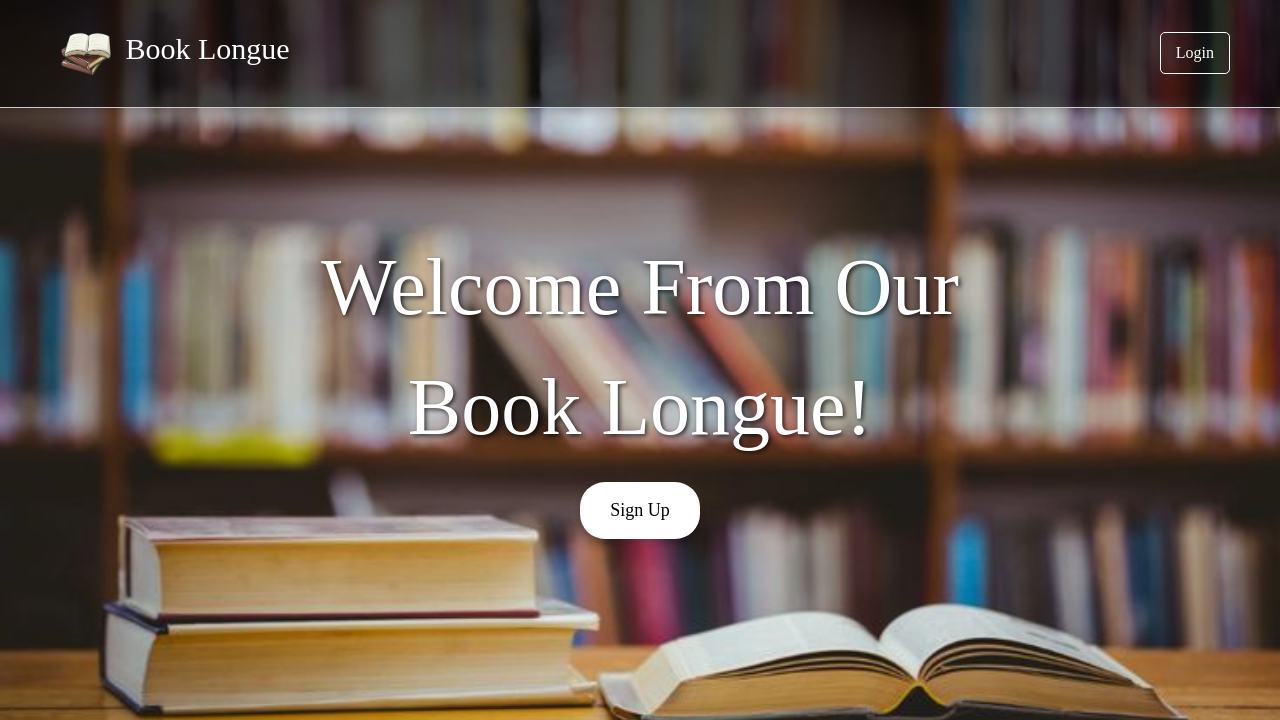
Repository: moehaymanmyint/Book-Longue-Web-System
Page: pages/GetStarted.html
These files come from the project's save history. The page is drawn as it stood at one moment and after the next save; the edit follows.
The browser window is 1280 px wide. The pictures show the whole page.
Some web fonts or font styles are not loaded; a fallback is used.

Above is the page before, as saved 2024-12-30 12:03:34.

### pages/GetStarted.html
<!DOCTYPE html>
<html lang="en">
<head>
    <meta charset="UTF-8">
    <meta name="viewport" content="width=device-width, initial-scale=1.0">
    <title>Book Longue - Get Started</title>
    <link href="https://cdn.jsdelivr.net/npm/bootstrap@5.3.3/dist/css/bootstrap.min.css" rel="stylesheet" integrity="sha384-QWTKZyjpPEjISv5WaRU9OFeRpok6YctnYmDr5pNlyT2bRjXh0JMhjY6hW+ALEwIH" crossorigin="anonymous">
    <script src="https://cdn.jsdelivr.net/npm/bootstrap@5.3.3/dist/js/bootstrap.bundle.min.js" integrity="sha384-YvpcrYf0tY3lHB60NNkmXc5s9fDVZLESaAA55NDzOxhy9GkcIdslK1eN7N6jIeHz" crossorigin="anonymous"></script>
    <link rel="stylesheet" href="../style/GetStarted.css">
    <link rel="stylesheet" href="https://cdnjs.cloudflare.com/ajax/libs/font-awesome/6.7.2/css/all.min.css" integrity="sha512-Evv84Mr4kqVGRNSgIGL/F/aIDqQb7xQ2vcrdIwxfjThSH8CSR7PBEakCr51Ck+w+/U6swU2Im1vVX0SVk9ABhg==" crossorigin="anonymous" referrerpolicy="no-referrer" />
    <link rel="preconnect" href="https://fonts.googleapis.com">
</head>
<body>
    <div class="nav-bar">
        <div class="left">
            <img src="../src/logo.png" alt="" width="10%">
            <h1>Book Longue</h1>
        </div>
        <div class="right">
            <button type="button" class="login-btn btn btn-light"><a href="../pages/login.html">Login</a></button>
        </div>
    </div>
    <div class="content">
        <h1>Welcome From Our<br>Book Longue!</h1>
        <button type="button" class="btn btn-light"><a href="../pages/signup.html">Sign Up</a></button>
    </div>
</body>
</html>

### style/GetStarted.css
@import url('https://fonts.googleapis.com/css2?family=Playwrite+GB+S:ital,wght@0,100..400;1,100..400&display=swap');
*{
    font-family: "Playwrite GB S", serif;
}
body {
    background-image: url(../src/GetStart-bg.jpg);
    background-size: cover;
    background-repeat: no-repeat;
    background-position: center;
    height: 100vh;
    color: #ffffff;
    font-family: 'Arial', sans-serif;
    margin: 0;
}

.nav-bar {
    display: flex;
    justify-content: space-between;
    align-items: center;
    padding: 20px 50px;
    background-color: rgba(0, 0, 0, 0.6);
    border-bottom: 1px solid #ccc;
    position: fixed;
    width: 100%;
    z-index: 10;
    box-shadow: 0px 4px 6px rgba(0, 0, 0, 0.1);
}

.nav-bar .left {
    display: flex;
    justify-content: start;
    align-items: center;
}

.nav-bar .left img {
    width: 5%;
    margin: 10px;
}

.nav-bar h1 {
    font-size: 30px;
    color: #fff;
}

.nav-bar button {
    border: 1px solid #fff;
    background-color: transparent;
    color: #fff;
    padding: 8px 15px;
    border-radius: 5px;
    cursor: pointer;
    transition: 0.3s;
}

.nav-bar button:hover {
    background-color: #fff;
    color: #000;
}

.right a {
    text-decoration: none;
    color: white;
}

.right a:hover{
    color: #000;
}

.content a {
    text-decoration: none;
    color: black;
}

.content {
    display: flex;
    flex-direction: column;
    align-items: center;
    justify-content: center;
    text-align: center;
    height: 100%;
    padding-top: 30px;
}

.content h1 {
    font-size: 80px;
    text-align: center;
    line-height: 1.5;
    margin: 15px 0;
    color: #ffffff;
    text-shadow: 2px 2px 4px rgba(0, 0, 0, 0.7);
}
.content button {
    border: none;
    padding: 15px 30px;
    font-size: 18px;
    color: #000;
    background-color: #fff;
    border-radius: 25px;
    cursor: pointer;
    box-shadow: 0px 4px 6px rgba(0, 0, 0, 0.2);
    transition: 0.3s;
}

.content button:hover {
    background-color: #9d2f2f;
    color: #fff;
    transform: translateY(-2px);
}

After the next save:
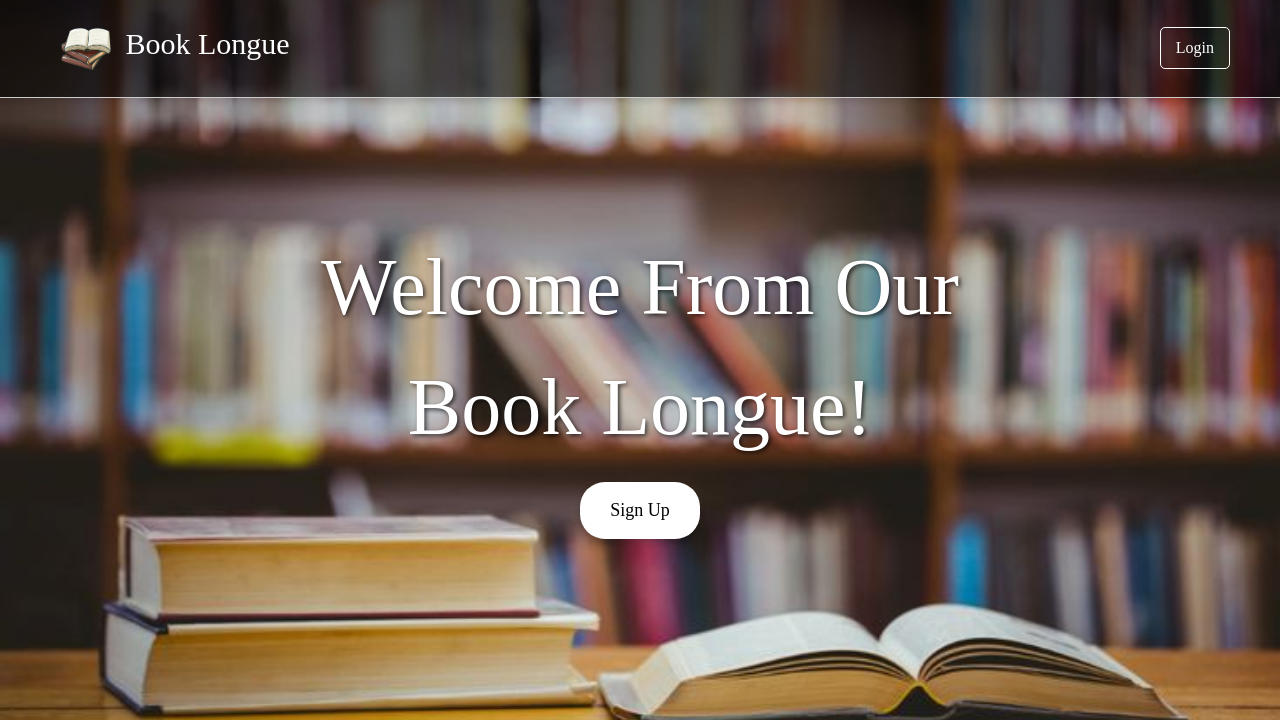
Saved 51 s later.
--- a/style/GetStarted.css
+++ b/style/GetStarted.css
@@ -17,7 +17,7 @@ body {
     display: flex;
     justify-content: space-between;
     align-items: center;
-    padding: 20px 50px;
+    padding: 15px 50px;
     background-color: rgba(0, 0, 0, 0.6);
     border-bottom: 1px solid #ccc;
     position: fixed;
